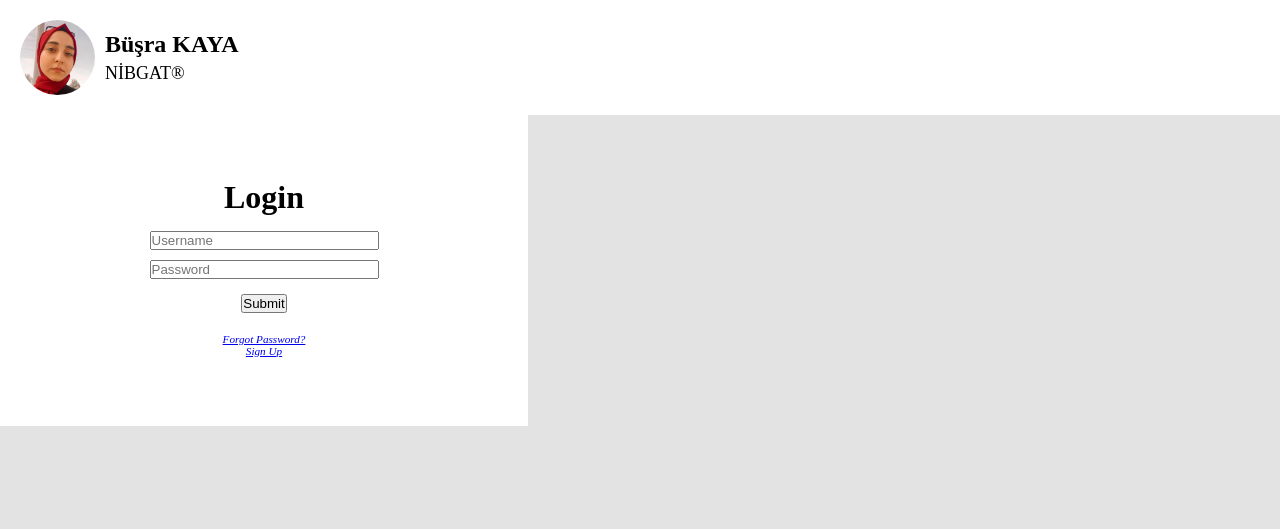
Repository: busra-kayaa/LoginPage
Page: login.html
An editor plug-in stored every save of this project. The page is shown before and after the next save, followed by the edit.
The browser window is 1280 px wide. The pictures show the whole page.

Above is the page before, as saved 2024-01-02 18:26:30.

### login.html
<!DOCTYPE html>
<html>
    <head>
        <title>Login Page</title>
        <link rel="stylesheet" href="./style.css" type="text/css"/>
    </head>
    <body>
        <div class="header-container">
            <div
                class="header-left-side-container"
            >
                <img
                    src="./busra.jpg"
                    height="75px"
                    width="75px"
                    class="logo"
                />
                <div class="header-desc-container">
                    <span class="header-title">
                        Büşra KAYA
                    </span>
                    <span class="header-content">
                        NİBGAT®
                    </span>
                </div>
            </div>
        </div>
        <div class="login-from-container">
          <div class ="login-text"><h1>Login</h1></div>
            <div class="input-group1">
                <i class="fa fa-user"></i>
                <input
                    type="text"
                    placeholder="Username"
                    class="input-text"
                    autocomplete="off"
                />
            </div>
            <div class="input-group2">
                <i class="fa fa-unclok-alt"></i>
                <input
                    type="password"
                    placeholder="Password"
                    class="input-text"
                    autocomplete="off"
                />
            </div>
            <div class="subgroup">
                <div class="button-group" id="login-button">
                    <button onclick="alert('Bilgileriniz Başarıyla Alınmıştır.')">Submit</button>
                </div>
                <div class="footer">
                    <a href="#" target="_blank">Forgot Password? </a>
                    <a href="#" target="_blank">Sign Up</a>
                </div>
            </div>
        </div>
    </body>
</html>

### style.css

* {
    padding: 0;
    margin: 0;
}

body {
    background-color: #e3e3e3;
}

.header-container {
    justify-content: space-between;
    background-color: #ffffff;
    flex-direction: row;
    align-items: center;
    padding: 20px;
    display: flex;
}

.header-left-side-container {
    flex-direction: row;
    align-items: center;
    display: flex;
}

.logo {
    border-radius: 50%;
    margin-right: 10px;
}

.header-desc-container {
    display: flex;
    flex-direction: column;
}

.header-title {
    display: flex;
    flex-direction:column;
    font-weight: bold;
    font-size: 24px;
    margin-bottom: 5px;
}

.header-content {
    font-weight:normal;
    font-size: 18px;
    color:rgb(0, 0, 0);
}

.login-from-container {
    background-color: #ffffff;
    display: flex;
    flex-direction: column;
    align-items: center;
    text-align: center;
    width: 400px;
    margin-top: %5;
    padding: 5%;
}

.login-text {
    padding-bottom: 15px;
}

.input-group1 {
    margin-bottom: 5px;
}
.input-text {
    width: 225px;
}

.input-group2 {
    margin-top: 5px;
}

.button-group {
    color: black ;
    border: none;
    color: white;
    text-align: center;
    text-decoration: none;
    display: inline-block;
    font-size: 16px;
    margin: 15px 2px;
    cursor: pointer;
}

.footer {
    margin: 5px;
    display: flex;
    flex-direction:column;
    font-size: 70%;
    font-style: italic;
}

After the next save:
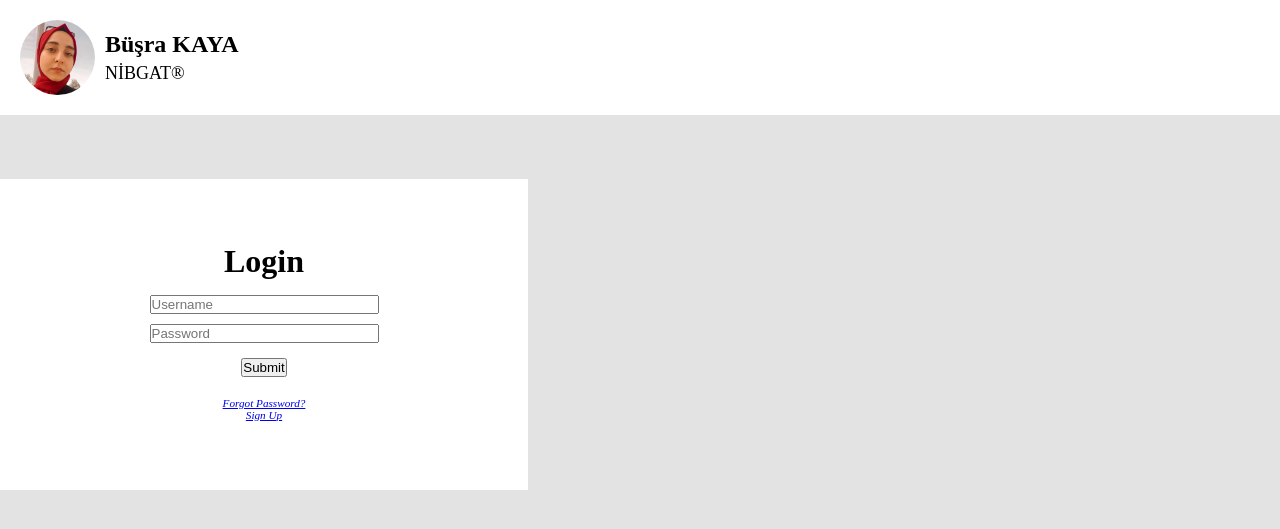
Saved 5 s later.
--- a/style.css
+++ b/style.css
@@ -54,7 +54,7 @@
     align-items: center;
     text-align: center;
     width: 400px;
-    margin-top: %5;
+    margin-top: 5%;
     padding: 5%;
 }
 

After the save that followed:
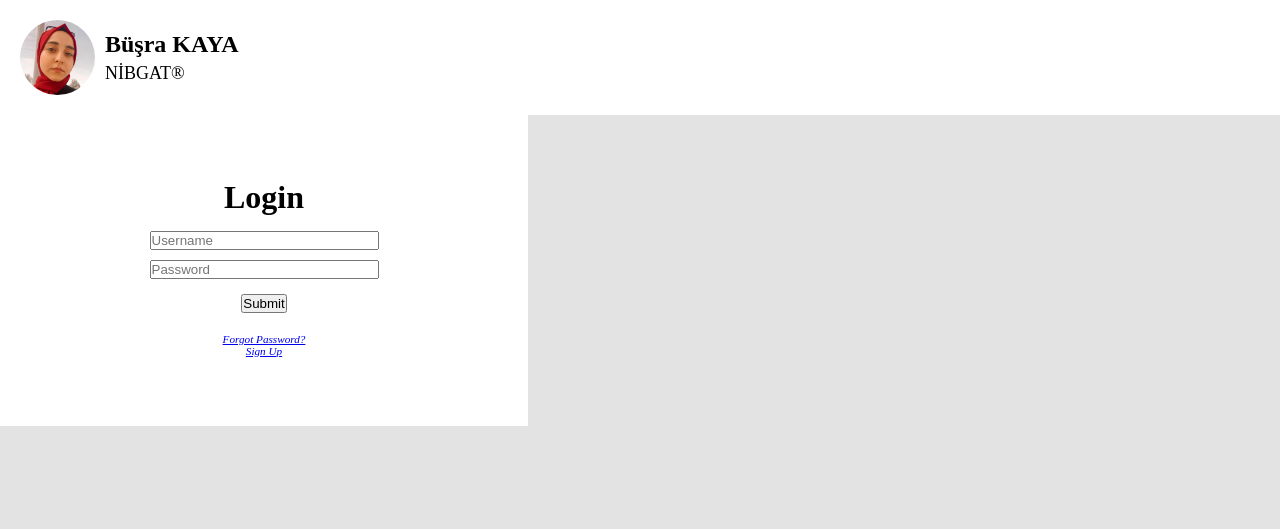
Saved 7 s later.
--- a/style.css
+++ b/style.css
@@ -54,7 +54,6 @@
     align-items: center;
     text-align: center;
     width: 400px;
-    margin-top: 5%;
     padding: 5%;
 }
 
